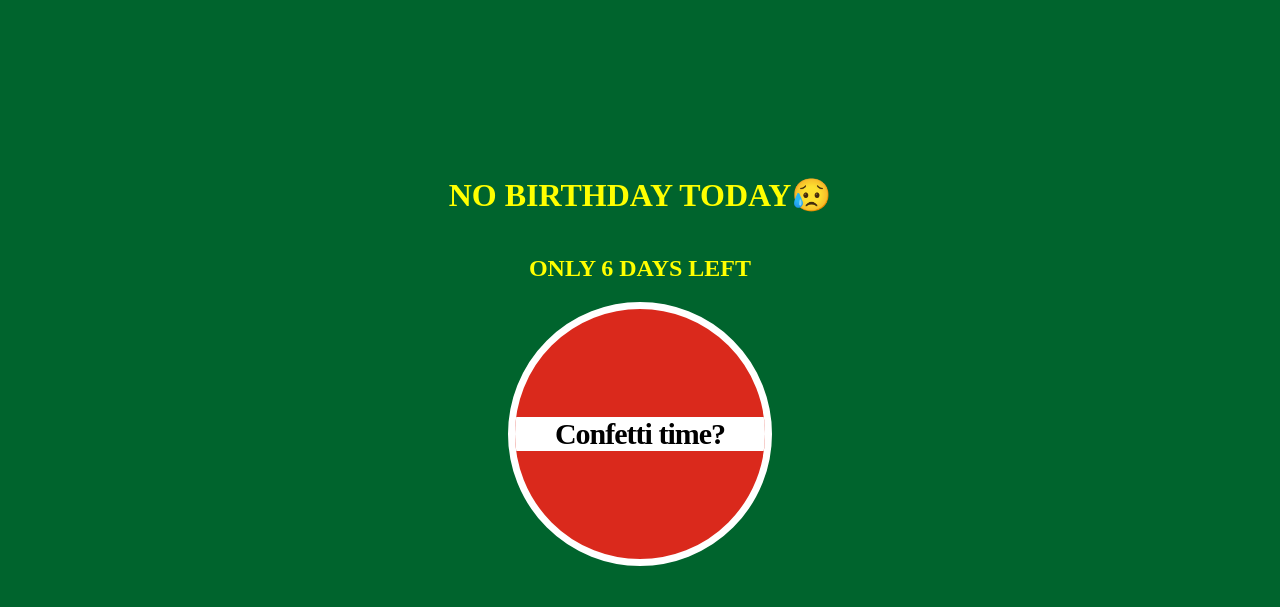
Repository: David-Waite/HannahsBirthdayWebsite
Page: /
An editor plug-in stored every save of this project. The page is shown before and after the next save, followed by the edit.
The browser window is 1280 px wide. The pictures show the whole page.
The project was rebuilt for these pictures with package versions that can differ from the ones it lists, and the page was loaded fresh each time.

Above is the page before, as saved 2023-03-30 18:37:47.

### public/index.html
<!DOCTYPE html>
<html lang="en">
  <head>
    <meta charset="utf-8" />
    <link rel="icon" href="%PUBLIC_URL%/favicon.ico" />
    <meta name="viewport" content="width=device-width, initial-scale=1" />
    <meta name="theme-color" content="#000000" />
    <meta
      name="description"
      content="Web site created using create-react-app"
    />
    <link rel="apple-touch-icon" href="%PUBLIC_URL%/logo192.png" />
    <!--
      manifest.json provides metadata used when your web app is installed on a
      user's mobile device or desktop. See https://developers.google.com/web/fundamentals/web-app-manifest/
    -->
    <link rel="manifest" href="%PUBLIC_URL%/manifest.json" />
    <!--
      Notice the use of %PUBLIC_URL% in the tags above.
      It will be replaced with the URL of the `public` folder during the build.
      Only files inside the `public` folder can be referenced from the HTML.

      Unlike "/favicon.ico" or "favicon.ico", "%PUBLIC_URL%/favicon.ico" will
      work correctly both with client-side routing and a non-root public URL.
      Learn how to configure a non-root public URL by running `npm run build`.
    -->
    <link rel="preconnect" href="https://fonts.googleapis.com" />
    <link rel="preconnect" href="https://fonts.gstatic.com" crossorigin />
    <link
      href="https://fonts.googleapis.com/css2?family=Libre+Baskerville:wght@700&display=swap"
      rel="stylesheet"
    />
    <title>Hannah's Birthday?</title>
  </head>
  <body>
    <noscript>You need to enable JavaScript to run this app.</noscript>
    <div id="root"></div>
    <!--
      This HTML file is a template.
      If you open it directly in the browser, you will see an empty page.

      You can add webfonts, meta tags, or analytics to this file.
      The build step will place the bundled scripts into the <body> tag.

      To begin the development, run `npm start` or `yarn start`.
      To create a production bundle, use `npm run build` or `yarn build`.
    -->
  </body>
</html>

### src/index.css
body {
  margin: 0;
  font-family: "Merriweather", serif;
  -webkit-font-smoothing: antialiased;
  -moz-osx-font-smoothing: grayscale;
}

.App {
  width: 100vw;
  height: 100vh;
  display: flex;
  flex-direction: column;
  align-items: center;
  justify-content: center;
  background-color: #00642d;
  color: rgb(255, 255, 0);
}

.buttonCon {
  display: flex;
  align-items: center;
  justify-content: center;
  height: 250px;
  width: 250px;
  overflow: hidden;
  background-color: #da291c;
  border-radius: 50%;
  border: 7px solid white;
  cursor: pointer;
}
.buttonCon p {
  border: none;
  width: 100%;
  background-color: white;
  color: black;
  font-weight: bold;
  font-size: 30px;
  padding: 0;
  letter-spacing: -1px;
}

.buttonCon:hover {
  background-color: #a31f15;
}

### src/App.js
import "./App.css";

import Confetti from "react-confetti";

import { useState } from "react";

function App() {
  const [confetti, setConfetti] = useState(null);
  const [buttonText, setButtonText] = useState("Confetti time?");
  function isBirthdayToday() {
    const date = new Date();
    if (date.getMonth() === 3 && date.getDate() === 5) {
      return true;
    }
    return false;
  }

  function rainConfetti() {
    if (isBirthdayToday()) {
      setConfetti(true);
      setButtonText("CONFETTI TIME!");
    } else {
      setButtonText("NO");
    }
  }

  function getDaysUntilBirthday() {
    const date = new Date();
    const hannahBday = new Date(date.getFullYear(), 3, 5);
    const hannahBdayNextYear = new Date(date.getFullYear() + 1, 3, 5);
    const oneDay = 1000 * 60 * 60 * 24;

    let daysUntilBirthday;
    if (hannahBday < date) {
      daysUntilBirthday =
        Math.ceil(hannahBdayNextYear.getTime() - date.getTime()) / oneDay;
    } else {
      daysUntilBirthday =
        Math.ceil(hannahBday.getTime() - date.getTime()) / oneDay;
    }

    return daysUntilBirthday;
  }

  // 5th april
  let birthdayText;
  if (isBirthdayToday()) {
    birthdayText = <h1>HAPPY BIRTHDAY!🥳</h1>;
  } else {
    birthdayText = (
      <>
        <h1>NO BIRTHDAY TODAY😥</h1>
        <h2>ONLY {Math.ceil(getDaysUntilBirthday())} DAYS LEFT</h2>
      </>
    );
  }
  console.log(isBirthdayToday());
  const date = new Date();

  return (
    <div className="App">
      {confetti && <Confetti />}

      {birthdayText}
      <div className="buttonCon">
        <p onClick={rainConfetti}>{buttonText}</p>
      </div>
    </div>
  );
}

export default App;

Loaded but not shown: src/index.js (common file); src/reportWebVitals.js (common file); src/App.css (common file)

After the next save:
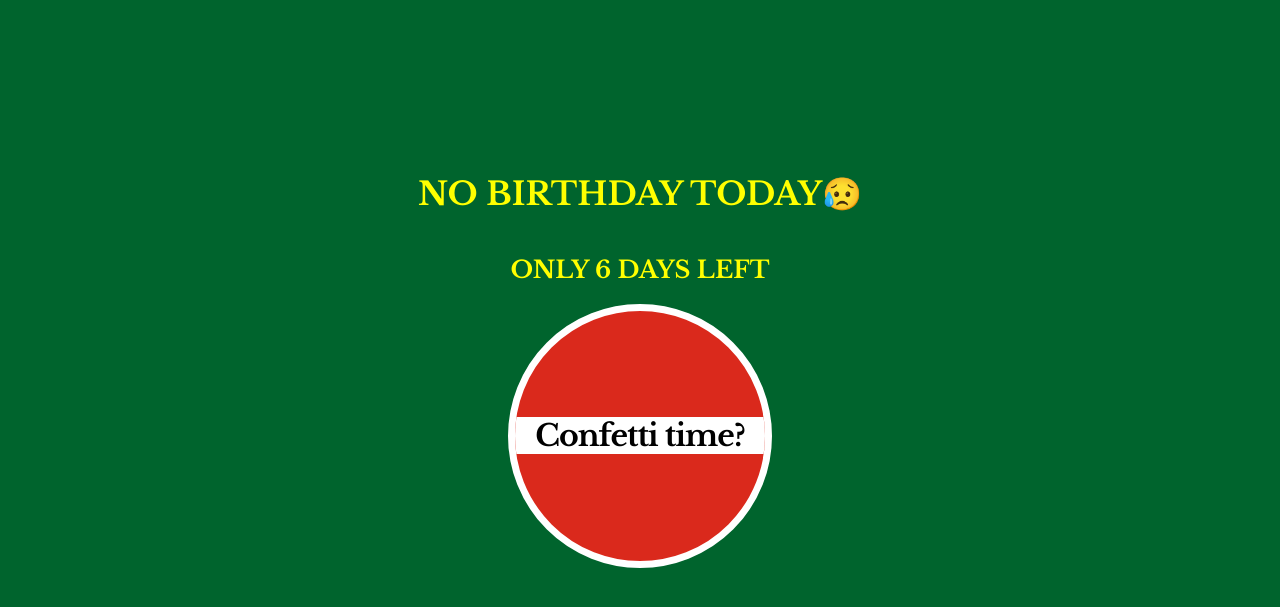
Saved 6 s later.
--- a/src/index.css
+++ b/src/index.css
@@ -1,6 +1,6 @@
 body {
   margin: 0;
-  font-family: "Merriweather", serif;
+  font-family: "Libre Baskerville", serif;
   -webkit-font-smoothing: antialiased;
   -moz-osx-font-smoothing: grayscale;
 }
